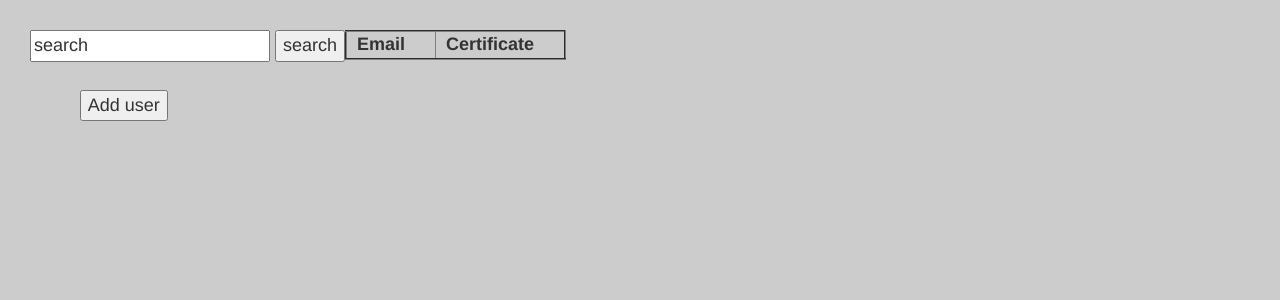
Repository: marijabroceta/ProjekatIB
Page: IB_Project_Shell/src/main/resources/static/main_page.html
The author's editor kept a copy of each file at every save. The page is drawn from the files as they stood at one save, then again after the next save.
The browser window is 1280 px wide. The pictures show the whole page.
The page's requests for data from a server got no answer.

Above is the page before, as saved 2018-06-30 22:32:02.

After the next save:
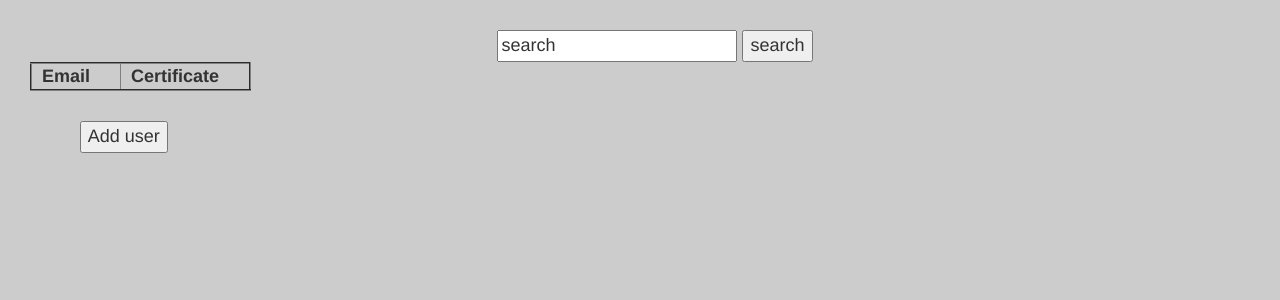
Saved 49 s later.
--- a/IB_Project_Shell/src/main/resources/static/css/main_page.css
+++ b/IB_Project_Shell/src/main/resources/static/css/main_page.css
@@ -12,7 +12,7 @@
 
 
 #search_div{
-	float:left;
+	width:100%;
 }
 
 #table_inactive{
